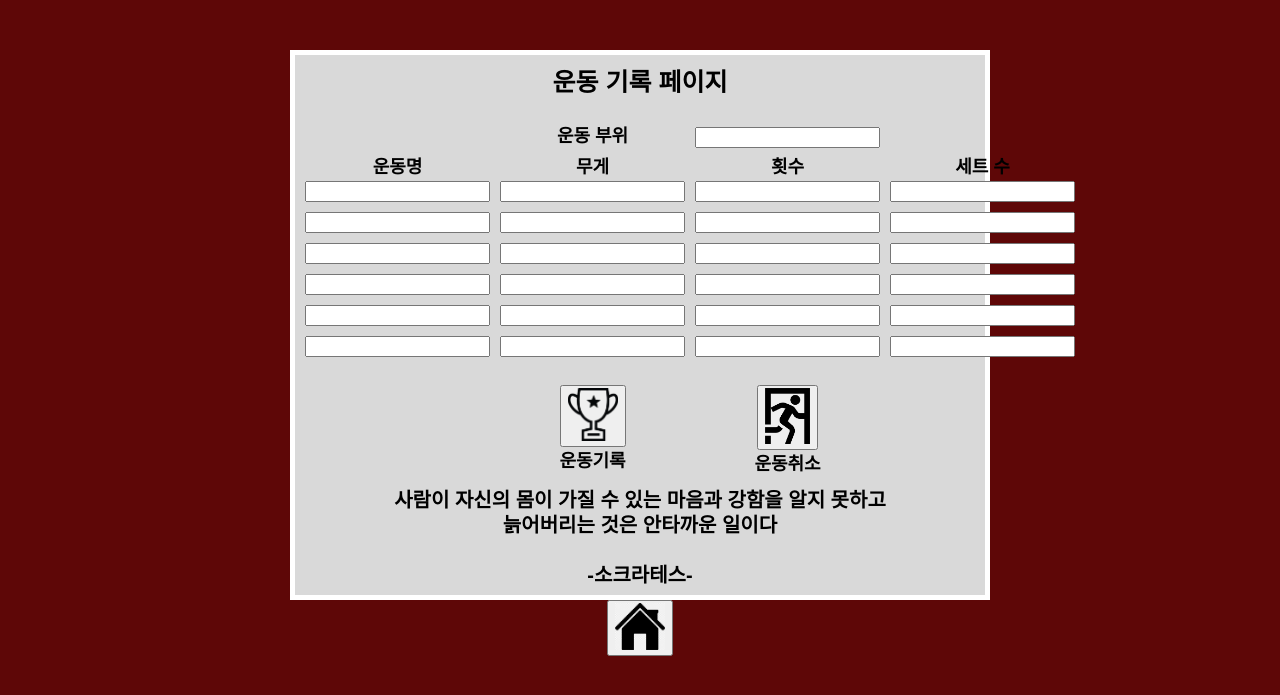
Repository: Up-Min/hrdkorea
Page: http://localhost/jsp_workout/wk_insert.jsp
The author's editor kept a copy of each file at every save. The page is drawn from the files as they stood at one save, then again after a run of saves.
The browser window is 1280 px wide. The pictures show the whole page.
The page is served by Tomcat 9. Other server files are loaded and not shown. The template is opened directly, without the code that normally fills it, so the values that code supplies are empty.

Above is the page before, as saved 2023-01-02 05:16:47.

### jsp_workout/src/main/webapp/wk_insert.jsp
<%@ page language="java" contentType="text/html; charset=UTF-8"
	pageEncoding="UTF-8"%>
<%@ taglib prefix="c" uri="http://java.sun.com/jsp/jstl/core"%>
<!DOCTYPE html>
<html>
<head>
<meta charset="UTF-8">
<title>Insert title here</title>
<link rel="stylesheet" href="./css/style.css" />
<script type="text/javascript" src="./script.js"></script>
</head>
<style>
.top {
 text-align: center;
}
.workout {
	width: 700px;
	height : 550px;
	text-align: center;
	color: black;
	border: 5px solid white;
	margin: 0 auto;
	margin-top: 20px;
	font-size: 18px;
	background-color: #D9D9D9;
}

.title{
	margin: 3px;
	font-size: 20px;
}


.day{
	margin: 0 auto;
	text-align: center;
	padding: 5px;
	display: grid;
}

.good{
	font-size: 20px;
	line-height: 25px;
}

.content{
width : 900px;
margin: 0 auto;
margin-top: 50px;
}

.btn_tohome{
 text-align: center;
}

.tohome{
	margin: 0 auto;
}

.last_btn{
 margin: 0 auto;
 text-align: center;
}

hr{
 border : 0px;
}

li:hover {
	cursor: pointer;
}

td{
	padding: 5px;
}

img:hover {
	cursor: pointer;
}

p{
margin-top: 5px;
}

.head{
padding: 7px;
font-size: 25px;
line-height: 30px;
}

</style>
<body style = " background-color: #5E0707;">
	<%
	String num = request.getParameter("num");
	%>

	<div class = "content">


	<div class="workout">
	<p class = "head"> 운동 기록 페이지 </p>
		<form name="insertForm" action="insert">
		<input type="hidden" name="user_id" value="${id}">
		<input type="hidden" name="user_num" value="<%=num%>">
		<input type="hidden" name="user_pwd" value="${pwd}">
			<div class="day">
				<table>
					<tr>
						<th> </th>
						<th> <br>  </th>
					</tr>
					<tr class = "part">
						<th> </th>
						<th>운동 부위 </th>
						<th>
						<input type="text" name="wk_part" maxlength="20">
						</th>
					</tr>
					<tr>
						<td></td>
					</tr>
					<tr>
						<th>운동명</th>
						<th>무게</th>
						<th>횟수</th>
						<th>세트 수</th>
					</tr>
					<tr>
						<td><input type="text" name="ex_name" maxlength="40"></td>
						<td><input type="text" name="ex_weight" maxlength="20"></td>
						<td><input type="text" name="ex_reps" maxlength="20"></td>
						<td><input type="text" name="ex_sets" maxlength="20"></td>
					</tr>
					<tr>
						<td><input type="text" name="ex_name" maxlength="40"></td>
						<td><input type="text" name="ex_weight" maxlength="20"></td>
						<td><input type="text"  name="ex_reps" maxlength="20"></td>
						<td><input type="text"  name="ex_sets" maxlength="20"></td>
					</tr>
					<tr>
						<td><input type="text" name="ex_name" maxlength="40"></td>
						<td><input type="text" name="ex_weight" maxlength="20"></td>
						<td><input type="text" name="ex_reps" maxlength="20"></td>
						<td><input type="text" name="ex_sets" maxlength="20"></td>
					</tr>
					<tr>
						<td><input type="text" name="ex_name" maxlength="40"></td>
						<td><input type="text" name="ex_weight" maxlength="20"></td>
						<td><input type="text" name="ex_reps" maxlength="20"></td>
						<td><input type="text" name="ex_sets" maxlength="20"></td>
					</tr>
					<tr>
						<td><input type="text" name="ex_name" maxlength="40"></td>
						<td><input type="text" name="ex_weight" maxlength="20"></td>
						<td><input type="text" name="ex_reps" maxlength="20"></td>
						<td><input type="text" name="ex_sets" maxlength="20"></td>
					</tr>
					<tr>
						<td><input type="text" name="ex_name" maxlength="40"></td>
						<td><input type="text" name="ex_weight" maxlength="20"></td>
						<td><input type="text" name="ex_reps" maxlength="20"></td>
						<td><input type="text" name="ex_sets" maxlength="20"></td>
					</tr>
					<tr class = "last_btn">
						<td></td>
						<td>
							<br>
							<button type = "submit" onclick="insert(); return false;"> <img alt="성공" src="./img/achievement.png" width="50px"></button>
							<br>
							<p> 운동기록 </p>
						</td>
						<td>
						<br>
						<button onclick="location.href = 'signin?user_id=${id}&user_pwd=${pwd}'; return false;"><img alt="나가기" src="./img/exit1.png" width="45px"></button>
						<br>
						<p> 운동취소 </p>
						</td>
						<td></td>
					</tr>
				</table>
			</div>
		</form>
		<div class = "good">
		<p>
			사람이 자신의 몸이 가질 수 있는 마음과 강함을 알지 못하고 <br> 늙어버리는 것은 안타까운 일이다 <br>
			<br>
			<b> -소크라테스- </b>
		</p>
		</div>
	</div>

	<div class="btn_tohome">
	<button class="tohome" onclick="location.href = 'signin?user_id=${id}&user_pwd=${pwd}'"> <img alt="홈으로" src="./img/home.png" width="50px"> </button>
	</div>
	</div>
<!-- <script>
	function chkInsert() {
		var w = document.wk_insert();
		alert("운동 기록이 완료 되었습니다!");
		w.submit();
	}
	</script> -->
</body>
</html>

### jsp_workout/src/main/webapp/css/style.css
@charset "UTF-8";
@import url('./reset.css');

* { box-sizing: border-box; }
.video-background {
  background: #000;
  position: fixed;
  top: 0; right: 0; bottom: 0; left: 0;
  z-index: -99;
}
.video-foreground,
.video-background iframe {
  position: absolute;
  top: 0;
  left: 0;
  width: 100%;
  height: 100%;
  pointer-events: none;
}
#vidtop-content {
    top: 0;
    color: #fff;
}
.vid-info { position: absolute; top: 0; right: 0; width: 33%; background: rgba(0,0,0,0.3); color: #fff; padding: 1rem; font-family: Avenir, Helvetica, sans-serif; }
.vid-info h1 { font-size: 2rem; font-weight: 700; margin-top: 0; line-height: 1.2; }
.vid-info a { display: block; color: #fff; text-decoration: none; background: rgba(0,0,0,0.5); transition: .6s background; border-bottom: none; margin: 1rem auto; text-align: center; }
@media all and (max-width: 600px) {
.vid-info { width: 50%; padding: .5rem; }
.vid-info h1 { margin-bottom: .2rem; }
}
@media all and (max-width: 500px) {
.vid-info .acronym { display: none; }
}

*,:after,:before{box-sizing:border-box}
.clearfix:after,.clearfix:before{content:'';display:table}
.clearfix:after{clear:both;display:block}
a{color:inherit;text-decoration:none}

.tab:hover{
	cursor: pointer;
}

.login-wrap{
  width:100%;
  margin:auto;
  max-width:525px;
  min-height:950px;
  position:relative;
  box-shadow:0 12px 15px 0 rgba(0,0,0,.24),0 17px 50px 0 rgba(0,0,0,.19);
}
.login-html{
  width:100%;
  height:100%;
  position:absolute;
  padding:90px 70px 50px 70px;
  background:rgba(40,57,101,.9);
}
.login-html .sign-in-htm,
.login-html .sign-up-htm{
  top:0;
  left:0;
  right:0;
  bottom:0;
  position:absolute;
  transform:rotateY(180deg);
  backface-visibility:hidden;
  transition:all .4s linear;
}
.login-html .sign-in,
.login-html .sign-up,
.login-form .group .check{
  display:none;
}
.login-html .tab,
.login-form .group .label,
.login-form .group .button{
  text-transform:uppercase;
}
.login-html .tab{
  font-size:22px;
  margin-right:15px;
  padding-bottom:5px;
  margin:0 15px 10px 0;
  display:inline-block;
  border-bottom:2px solid transparent;
}
.login-html .sign-in:checked + .tab,
.login-html .sign-up:checked + .tab{
  color:#fff;
  border-color:#1161ee;
}
.login-form{
  min-height:345px;
  position:relative;
  perspective:1000px;
  transform-style:preserve-3d;
}
.login-form .group{
  margin-bottom:15px;
}
.login-form .group .label,
.login-form .group .input,
.login-form .group .button{
  width:100%;
  color:#fff;
  display:block;
}
.login-form .group .input,
.login-form .group .button{
  border:none;
  padding:15px 20px;
  border-radius:25px;
  background:rgba(255,255,255,.1);
}
.login-form .group .button:hover{
	cursor: pointer;
}

.login-form .group input[data-type="password"]{
  text-security:circle;
  -webkit-text-security:circle;
}
.login-form .group .label{
  color:#aaa;
  font-size:12px;
}
.login-form .group .button{
  background:#1161ee;
}
.login-form .group label .icon{
  width:15px;
  height:15px;
  border-radius:2px;
  position:relative;
  display:inline-block;
  background:rgba(255,255,255,.1);
}
.login-form .group label .icon:before,
.login-form .group label .icon:after{
  content:'';
  width:10px;
  height:2px;
  background:#fff;
  position:absolute;
  transition:all .2s ease-in-out 0s;
}
.login-form .group label .icon:before{
  left:3px;
  width:5px;
  bottom:6px;
  transform:scale(0) rotate(0);
}
.login-form .group label .icon:after{
  top:6px;
  right:0;
  transform:scale(0) rotate(0);
}
.login-form .group .check:checked + label{
  color:#fff;
}
.login-form .group .check:checked + label .icon{
  background:#1161ee;
}
.login-form .group .check:checked + label .icon:before{
  transform:scale(1) rotate(45deg);
}
.login-form .group .check:checked + label .icon:after{
  transform:scale(1) rotate(-45deg);
}
.login-html .sign-in:checked + .tab + .sign-up + .tab + .login-form .sign-in-htm{
  transform:rotate(0);
}
.login-html .sign-up:checked + .tab + .login-form .sign-up-htm{
  transform:rotate(0);
}

body{
  margin:0;
  color:#6a6f8c;
  background:#c8c8c8;
  font:600 16px/18px 'Open Sans',sans-serif;
}

.all{
	top : 100px;
	width: 800px;

}

ul{
	list-style: none;
}

tr:hover{
	cursor: pointer;
}

.hr{
  height:2px;
  margin:60px 0 50px 0;
  background:rgba(255,255,255,.2);
}
.foot-lnk{
  text-align:center;
}

### jsp_workout/src/main/webapp/script.js

function signup() {
	let regex = new RegExp('[a-z0-9]+@[a-z]+\.[a-z]{2,3}');
	var f = document.signup_form;
	var p = f.user_pwd.value;
	var p1 = f.user_pwd1.value;
	var i = f.user_id.value;
	var e = f.user_email.value;

	if (i == '') {
		alert("아이디를 입력해 주십시오.");
		i.focus();
		return false;
	}
	if (p == '') {
		alert("비밀번호를 입력해 주십시오.");
		p.focus();
		return false;
	}
	if (p1 == '') {
		alert("비밀번호 확인을 입력해 주십시오.");
		p1.focus();
		return false;
	}
	if (e == '') {
		alert("이메일 주소를 입력해 주십시오.");
		e.focus();
		return false;
	}

	if (p != p1) {
		alert("비밀번호가 일치하지 않습니다. 다시 확인해주세요.");
		p.focus();
		return false;
	} else if (regex.test(e) == false) {
		alert("올바른 이메일 형식이 아닙니다. 다시 확인해주세요.");
		e.focus();
		return false;
	} else {
		alert("회원가입이 완료 되었습니다.");
		f.submit();
	}
}

/*function pwdchk(){
	var f = document.signup_form;
	var p = f.user_pwd.value;
	var p1 = f.user_pwd1.value;



	if(p != p1){
		alert("비밀번호가 일치하지 않습니다. 다시 확인해주세요.")
	}else if(p = p1){
		alert("비밀번호가 일치합니다!")
	}
}*/

function chkpwd2() {
	var f = document.signup_form;
	var p = f.user_pwd.value;
	var p1 = f.user_pwd1.value;
	var r1 = document.getElementById("label_pwd1");
	var r2 = document.getElementById("label_pwd2");

	r1.style.display = 'none';
	r2.style.display = 'none';

	if (p != p1) {
		r1.style.display = 'none';
		r2.style.display = 'block';
	} else if (p == p1) {
		r1.style.display = 'block';
		r2.style.display = 'none';
	}
}

function chkEmail() {
	let regex = new RegExp('[a-z0-9]+@[a-z]+\.[a-z]{2,3}');
	var f = document.signup_form;
	var e = f.user_email.value;
	var e2 = document.getElementById("label_email");
	var e3 = document.getElementById("label_email1");

	e2.style.display = 'none';
	e3.style.display = 'none';

	if (regex.test(e) == false) {
		e2.style.display = 'block';
	}else if (regex.test(e) == true){
		e2.style.display = 'none';
		e3.style.display = 'block';
	}
}


function insert() {
	alert("운동 기록이 완료 되었습니다.");
	submit();
}

function chk_delete() {
	const result = confirm("정말 삭제하시겠습니까?");
	if (result) {
		alert("삭제가 완료 되었습니다.");
		submit();
	}
	return false;
}

function chk_cancel(user_id, user_pwd) {
	var result = confirm("하시던 운동을 취소하시겠습니까?");
	if (result) {
		alert("초기 화면으로 돌아갑니다.");
		location.href = "/jsp_workout/signin?user_id=" + user_id + "&user_pwd=" + user_pwd;
	} else {
		return false;
	}
}

function update() {
	var f = document.editForm;
	var n = f.ex_name.value;
	var w = f.ex_weight.value;
	var r = f.ex_reps.value;
	var s = f.ex_sets.value;

	if (n == '') {
		alert("수정할 운동 이름을 입력해 주십시오.");
		n.focus();
		return false;
	}
	if (w == '') {
		alert("수정할 운동 무게를 입력해 주십시오.");
		w.focus();
		return false;
	}
	if (r == '') {
		alert("수정할 운동 횟수를 입력해 주십시오.");
		r.focus();
		return false;
	}
	if (s == '') {
		alert("수정할 운동 세트를 입력해 주십시오.");
		s.focus();
		return false;
	}

	alert("수정이 완료 되었습니다.");
	submit();
}


function logout() {
	alert("로그아웃이 완료 되었습니다!");
	location.href = "/jsp_workout/";
}

### jsp_workout/src/main/webapp/css/reset.css
/* 홈페이지 초기화 reset.css */

/* http://meyerweb.com/eric/tools/css/reset/
   v2.0 | 20110126
   License: none (public domain)
*/

html, body, div, span, applet, object, iframe,
h1, h2, h3, h4, h5, h6, p, blockquote, pre,
a, abbr, acronym, address, big, cite, code,
del, dfn, em, img, ins, kbd, q, s, samp,
small, strike, strong, sub, sup, tt, var,
b, u, i, center,
dl, dt, dd, ol, ul, li,
fieldset, form, label, legend,
table, caption, tbody, tfoot, thead, tr, th, td,
article, aside, canvas, details, embed,
figure, figcaption, footer, header, hgroup,
menu, nav, output, ruby, section, summary,
time, mark, audio, video {
	margin: 0;
	padding: 0;
	border: 0;
	font-size: 100%;
	font: inherit;
	vertical-align: baseline;
	font-family: 'Jua', sans-serif;
}
/* HTML5 display-role reset for older browsers */
article, aside, details, figcaption, figure,
footer, header, hgroup, menu, nav, section {
	display: block;
}
body {
	line-height: 1;
}
ol, ul {
	list-style: none;
}
blockquote, q {
	quotes: none;
}
blockquote:before, blockquote:after,
q:before, q:after {
	content: '';
	content: none;
}
table {
	border-collapse: collapse;
	border-spacing: 0;
}

/* 추가 */

a { text-decoration: none !important;
	color: black;
}

header, footer, section {
	box-sizing:border-box;
}

iframe { /* 영상때문에 쓰임. 영상 크기 맞춰둠. */
	width: 100%;
}

After the next 2 saves:
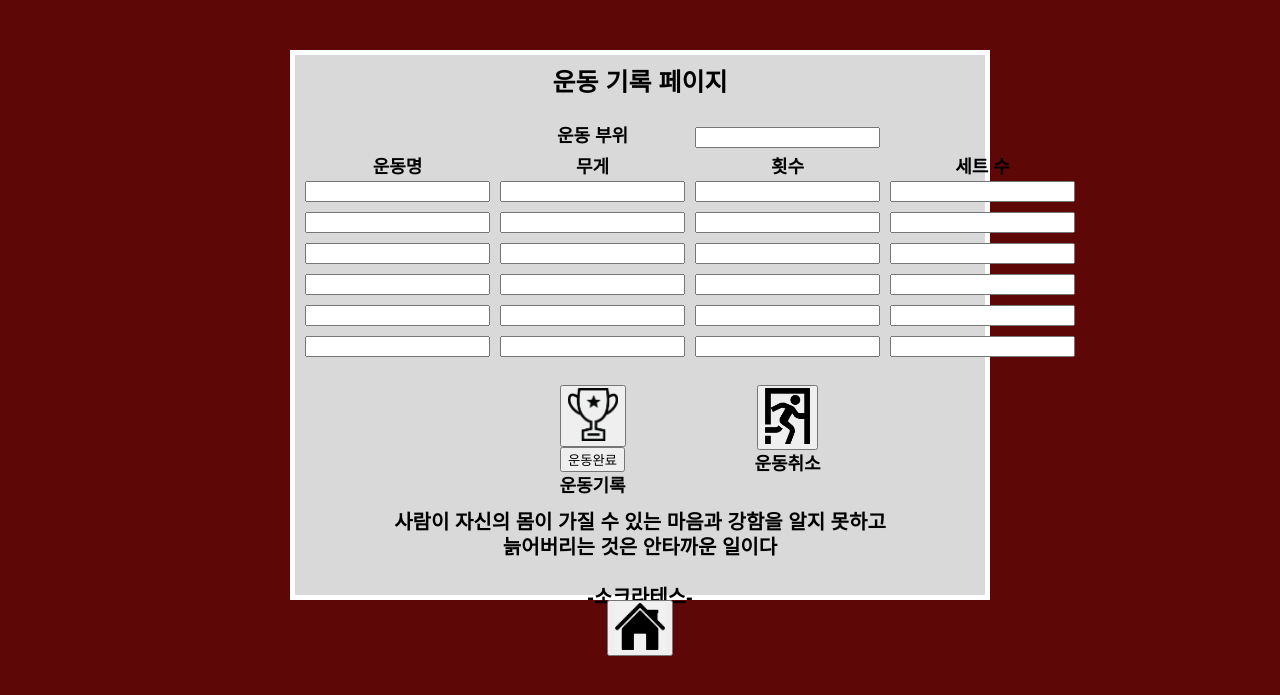
The 2 saves are shown as one change because they came seconds apart.
The last was saved 109 s later.
--- a/jsp_workout/src/main/webapp/wk_insert.jsp
+++ b/jsp_workout/src/main/webapp/wk_insert.jsp
@@ -165,8 +165,9 @@
 						<td></td>
 						<td>
 							<br>
-							<button type = "submit" onclick="insert(); return false;"> <img alt="성공" src="./img/achievement.png" width="50px"></button>
+							<button type = "button" onclick="insert(); return false;"> <img alt="성공" src="./img/achievement.png" width="50px"></button>
 							<br>
+							<input type="submit" class="button" onclick="insert(); return false;" value="운동완료">
 							<p> 운동기록 </p>
 						</td>
 						<td>

After the save that followed:
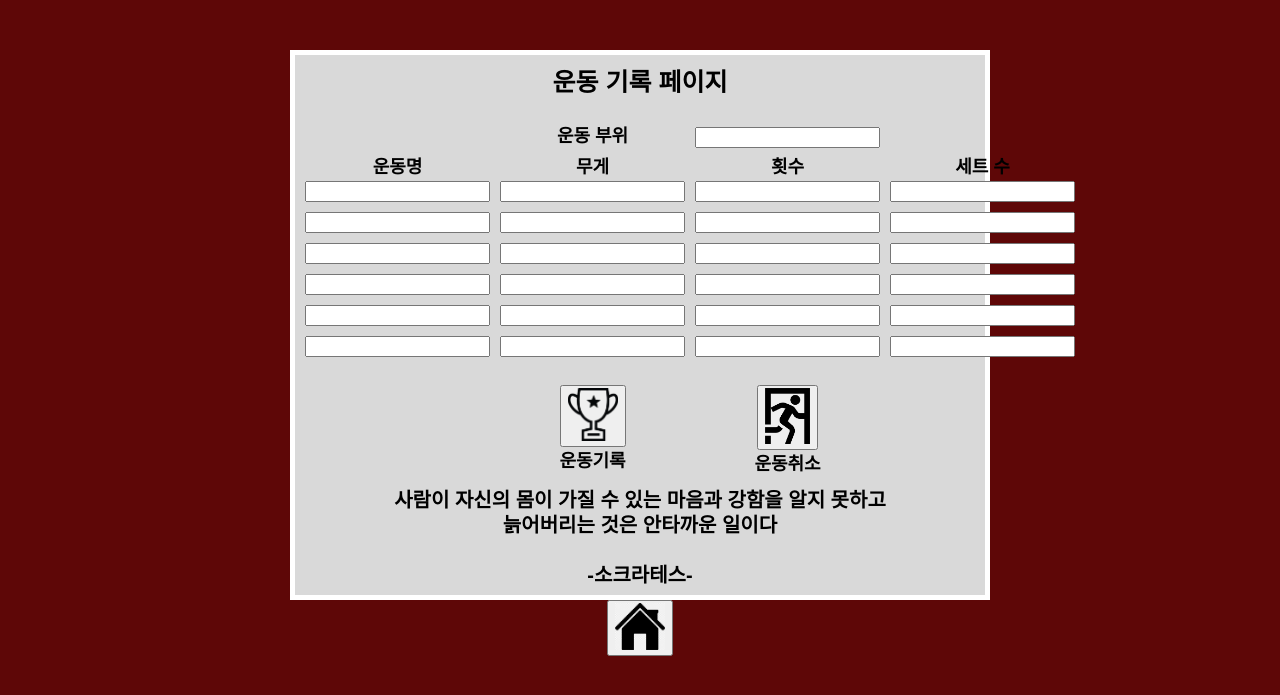
Saved 84 s later.
--- a/jsp_workout/src/main/webapp/wk_insert.jsp
+++ b/jsp_workout/src/main/webapp/wk_insert.jsp
@@ -167,7 +167,7 @@
 							<br>
 							<button type = "button" onclick="insert(); return false;"> <img alt="성공" src="./img/achievement.png" width="50px"></button>
 							<br>
-							<input type="submit" class="button" onclick="insert(); return false;" value="운동완료">
+							<!-- <input type="submit" class="button" onclick="insert(); return false;" value="운동완료"> -->
 							<p> 운동기록 </p>
 						</td>
 						<td>
